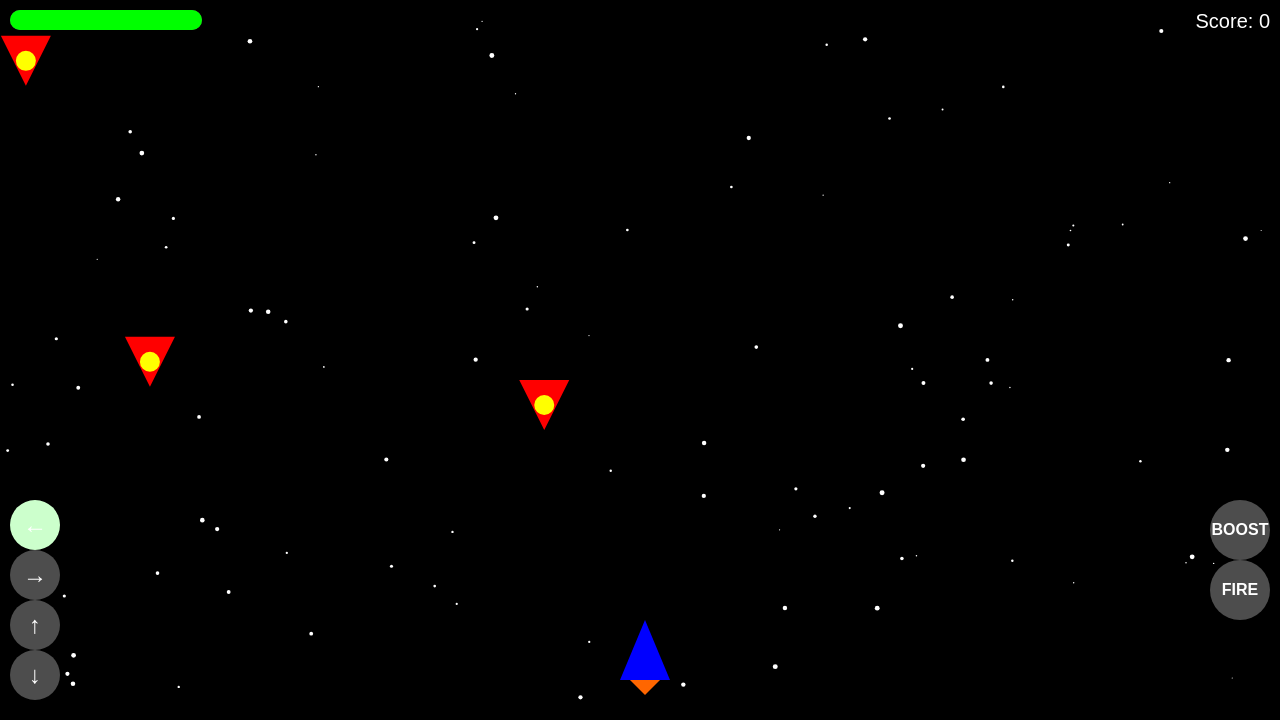
Repository: BiranOrundas/space-shooter
Page: space-shooter.html
The author's editor kept a copy of each file at every save. The page is drawn from the files as they stood at one save, then again after the next save.
The browser window is 1280 px wide. The pictures show the whole page.

Above is the page before, as saved 2025-03-13 15:38:11.

After the next save:
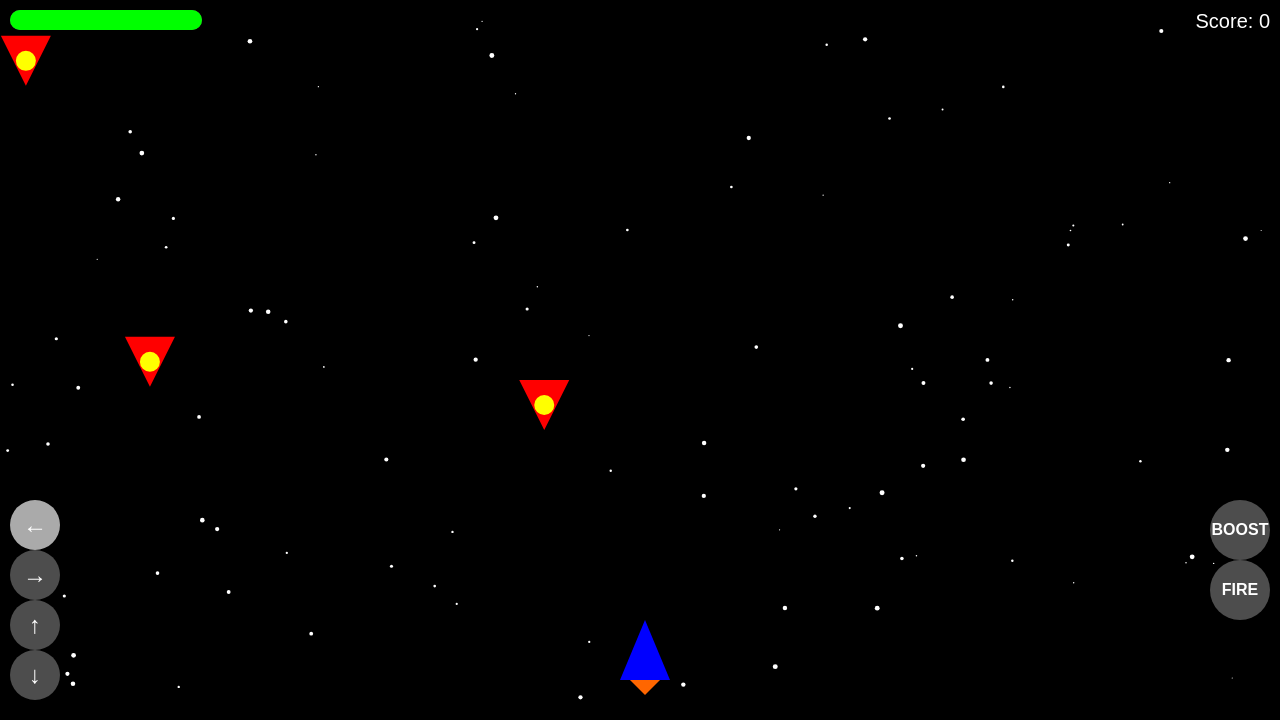
Saved 70 s later.
--- a/space-shooter.html
+++ b/space-shooter.html
@@ -362,7 +362,7 @@ LeftDirs.forEach(btn => {
   }else{
     const LeftDirs = document.getElementsByName("leftButton");
 LeftDirs.forEach(btn => {
-    btn.style.backgroundColor = "#CCFFCC";
+    btn.style.backgroundColor = "#AAAAAA";
 });
 
   }
